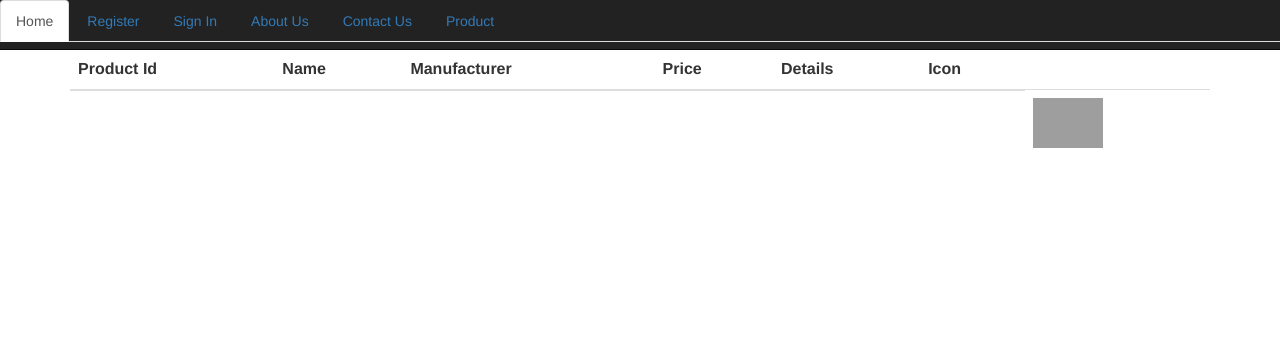
Repository: aradhana15/myFinalRepository
Page: http://localhost/music/WEB-INF/views/productDesc.jsp
The author's editor kept a copy of each file at every save. The page is drawn from the files as they stood at one save, then again after the next save.
The browser window is 1280 px wide. The pictures show the whole page.
The page is served by Tomcat 9. Nobody is signed in. Other server files are loaded and not shown. The template is opened directly, without the code that normally fills it, so the values that code supplies are empty.

Above is the page before, as saved 2016-04-23 12:26:19.
Console error (its wording comes from the project's code and is left out).

### wwf/music/src/main/webapp/WEB-INF/views/productDesc.jsp
<%@include file="header.jsp"%>
<html>
	<body>
		<div class="container">
  <!-- <h2>Product Details</h2>
  <p>Here are the new products available in this site...</p>      -->
  <div class="table-responsive">
  <table class="table table-hover">
    <thead>
      <tr>
        <th>Product Id</th>
        <th>Name</th>
        <th>Manufacturer</th>
        <th>Price</th>
        <th>Details</th>
        <th>Icon</th>
      </tr>
    </thead>
    <tbody>
	      <tr>
        <td>${data.id}</td>
        <td>${data.name}</td>
        <td>${data.manufacturer}</td>
        <td>${data.price}</td>
        <td>${data.desc}</td>
        <td>${data.image}</td>
        <td><img src="<c:url value='${data.image}'/>" height="50px" width="70px"/></td>
      </tr>
      </tbody>
  </table>
  </div>
</div>



	</body>
</html>

### wwf/music/src/main/webapp/WEB-INF/views/header.jsp

<meta name="viewport" content="width=device-width, initial-scale=1">
<link rel="stylesheet"
	href="http://maxcdn.bootstrapcdn.com/bootstrap/3.3.6/css/bootstrap.min.css">
<script
	src="http://maxcdn.bootstrapcdn.com/bootstrap/3.3.6/js/bootstrap.min.js"></script>
<%@taglib prefix="spr" uri="http://www.springframework.org/tags"%>
<%@taglib prefix="c" uri="http://java.sun.com/jsp/jstl/core"%>


<div class="container">

<!-- <div class="profile-usermenu">
<div class="nav nav-tabs">
          <button type="button" class="navbar-toggle" data-toggle="collapse" data-target=".navbar-collapse">
            <span class="sr-only">Toggle navigation</span>
            <span class="icon-bar"></span>
            <span class="icon-bar"></span>
            <span class="icon-bar"></span>
          </button>
                                <ul class="nav">
                                    <li class="active">
                                        <a href="#">
                                            <i class="glyphicon glyphicon-home"></i> Overview </a>
                                    </li>
                                    <li>
                                        <a href="#">
                                            <i class="glyphicon glyphicon-user"></i> Account Settings </a>
                                    </li>
                                    <li>
                                        <a href="#" target="_blank">
                                            <i class="glyphicon glyphicon-ok"></i> Tasks </a>
                                    </li>
                                    <li>
                                        <a href="#">
                                            <i class="glyphicon glyphicon-flag"></i> Help </a>
                                    </li>
                                </ul>
                            </div>
 -->   <!-- <div class="nav nav-pills">
          <button type="button" class="navbar-toggle" data-toggle="collapse" data-target=".navbar-collapse">
            <span class="sr-only">Toggle navigation</span>
            <span class="icon-bar"></span>
            <span class="icon-bar"></span>
            <span class="icon-bar"></span>
          </button>
        -->    <!--  <a class="navbar-brand" href="#"> -->
         <!-- <img src="./resources/images/guitar.jpg/50/50/"/></a>-->
        </div>
        <div class="collapse navbar-collapse">
        <div class="nav navbar-nav">

            <li class="active"><a href="whatecomm">What is Ecommerce?</a></li>
            <li><a href="yecomm">Why Ecommerce?</a></li>
            <li><a href="businessparter">Business Partners</a></li>
            <li><a href="custreview">Cutomer Reviews</a></li>
            <li><img src="<c:url value='/resources/images/guitar.jpg'/>" alt="ho ja" width="30px" height="30px"/>


        </div>
      </div>




<div class="navbar navbar-inverse navbar-fixed-top" role="navigation">


		<div class="nav nav-tabs">
			<li class="active"><a href="house">Home</a></li>
			<li><a href="register">Register</a></li>
			<!-- if u by deflt make anything acive -->
			<li><a href="sign">Sign In</a></li>
			<li><a href="aboutus">About Us</a></li>
			<li><a href="contactus">Contact Us</a></li>
			<li><a href="product">Product</a></li>


		</div>
	</div>
</div>

After the next save:
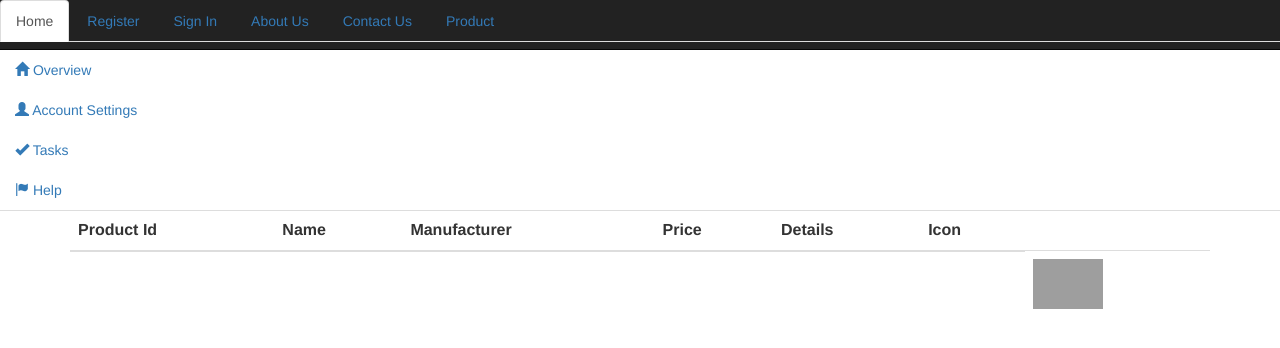
Saved 30 s later.
--- a/wwf/music/src/main/webapp/WEB-INF/views/header.jsp
+++ b/wwf/music/src/main/webapp/WEB-INF/views/header.jsp
@@ -78,4 +78,31 @@
 
 		</div>
 	</div>
+	<div class="nav nav-tabs">
+          <button type="button" class="navbar-toggle" data-toggle="collapse" data-target=".navbar-collapse">
+            <span class="sr-only">Toggle navigation</span>
+            <span class="icon-bar"></span>
+            <span class="icon-bar"></span>
+            <span class="icon-bar"></span>
+          </button>
+                                <ul class="nav">
+                                    <li class="active">
+                                        <a href="#">
+                                            <i class="glyphicon glyphicon-home"></i> Overview </a>
+                                    </li>
+                                    <li>
+                                        <a href="#">
+                                            <i class="glyphicon glyphicon-user"></i> Account Settings </a>
+                                    </li>
+                                    <li>
+                                        <a href="#" target="_blank">
+                                            <i class="glyphicon glyphicon-ok"></i> Tasks </a>
+                                    </li>
+                                    <li>
+                                        <a href="#">
+                                            <i class="glyphicon glyphicon-flag"></i> Help </a>
+                                    </li>
+                                </ul>
+                            </div>
+
 </div>
